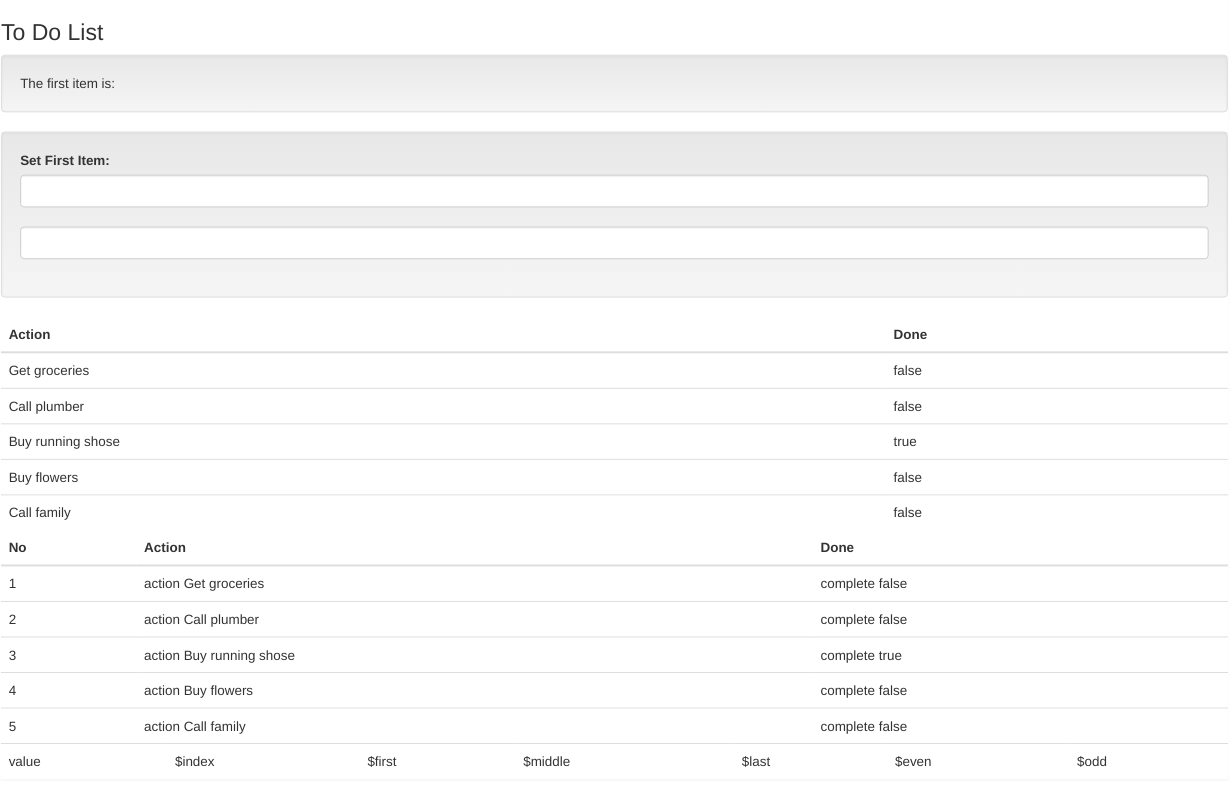
Repository: chisun-joung/workplace
Page: angularJS/WebContent/Chap10_Binding/P277_ngModel.html
An editor plug-in stored every save of this project. The page is shown before and after the next save, followed by the edit.
The browser window is 1280 px wide. The pictures show the whole page, at 96% of full size.
Some web libraries are served in a nearby version.

Above is the page before, as saved 2016-11-28 08:02:59.

### angularJS/WebContent/Chap10_Binding/P277_ngModel.html
<!DOCTYPE html>
<html ng-app="exampleApp">
<head>
	<title>TODO</title>
	<link href="bootstrap.css" rel="stylesheet" />
	<link href="bootstrap-theme.css" rel="stylesheet" />
	<style>
		.odd { background-color: lightcoral; }
		.even { background-color: lavenderblush; }
	</style>
	<script src="https://ajax.googleapis.com/ajax/libs/angularjs/1.2.9/angular.js"></script>
	<script type="text/javascript">
		angular.module('exampleApp',[])
		.controller('defaultCtrl', ['$scope',function($scope){
			$scope.todos = [
				{action:'Get groceries', complete:false},
				{action:'Call plumber', complete:false},
				{action:'Buy running shose', complete:true},
				{action:'Buy flowers', complete:false},
				{action:'Call family', complete:false}
			]
		}]);
	</script>
</head>
<body>
	<div id="todoPanel" class="panel" ng-controller="defaultCtrl">
		<h3 class="panel-header">To Do List</h3>

		<div class="well">
			<div>The first item is: </div>
		</div>

		<div class="form-group well">
			<label for="firstItem">Set First Item: </label>
			<!-- ng-model은 form 요소에서 구현 할 수 있다. 자신이 속한 콘트롤러에 묵시적으로 지정한 이름의 변수를 선언하고 값은 사용자가 입력한 값을 변수의 값으로 할당한다.
			또한 양방향 바인딩도 지원한다.  -->
			<input name="firstItem" class="form-control" ng-model="name"><br>
			<input name="firstItem" class="form-control" ng-model="name"><br>
			<div>{{name}}</div>
		</div>

		<table class="table">
			<thead>
				<tr>
					<th>Action</th>
					<th>Done</th>
				</tr>
			</thead>
			<tbody>
				<tr ng-repeat="item in todos">
					<td>{{item.action}}</td>
					<td>{{item.complete}}</td>
				</tr>

			</tbody>
		</table>

		<table class="table">
			<thead>
				<tr>
					<th>No</th>
					<th>Action</th>
					<th>Done</th>
				</tr>
			</thead>
			<tbody>
				<tr ng-repeat="item in todos">
					<td>{{$index + 1}}</td>
					<td ng-repeat="(key,value) in item">{{key}}  {{value}}</td>
				</tr>

			</tbody>
		</table>

		<table class="table tabel-striped">


				<tr>
					<td>value</td>
					<td>$index</td>
					<td>$first</td>
					<td>$middle</td>
					<td>$last</td>
					<td>$even</td>
					<td>$odd</td>

				</tr>


		</table>
	</div>
</body>
</html>

Loaded but not shown: angularJS/WebContent/Chap10_Binding/bootstrap.css (library); angularJS/WebContent/Chap10_Binding/bootstrap-theme.css (library)

After the next save:
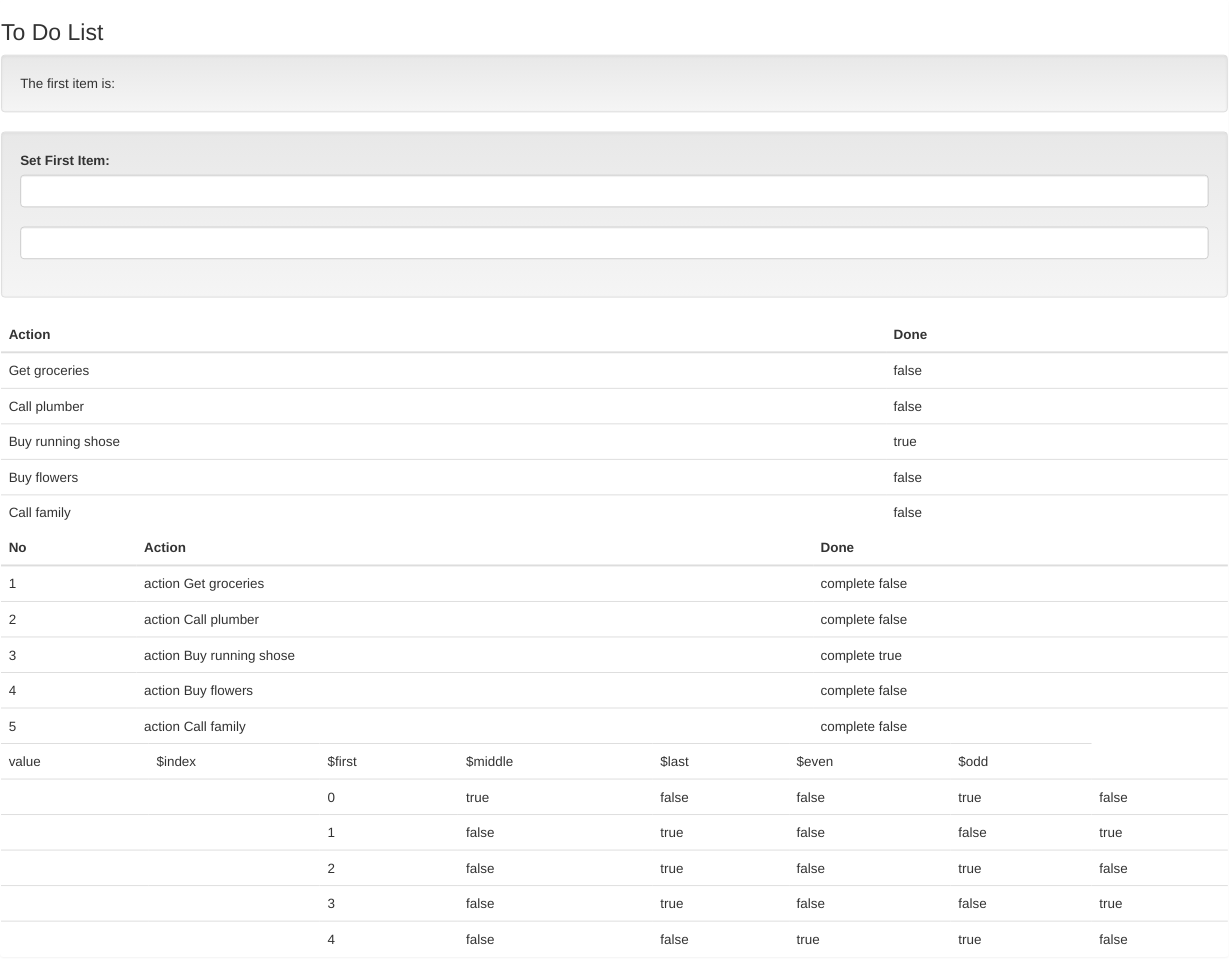
Saved 12 min 34 s later.
--- a/angularJS/WebContent/Chap10_Binding/P277_ngModel.html
+++ b/angularJS/WebContent/Chap10_Binding/P277_ngModel.html
@@ -73,8 +73,6 @@
 		</table>
 
 		<table class="table tabel-striped">
-
-
 				<tr>
 					<td>value</td>
 					<td>$index</td>
@@ -83,7 +81,16 @@
 					<td>$last</td>
 					<td>$even</td>
 					<td>$odd</td>
+				</tr>
 
+				<tr ng-repeat="item in todos">
+					<td>{{item.value}}<td>
+					<td>{{$index}}</td>
+					<td>{{$first}}</td>
+					<td>{{$middle}}</td>
+					<td>{{$last}}</td>
+					<td>{{$even}}</td>
+					<td>{{$odd}}</td>
 				</tr>
 
 
